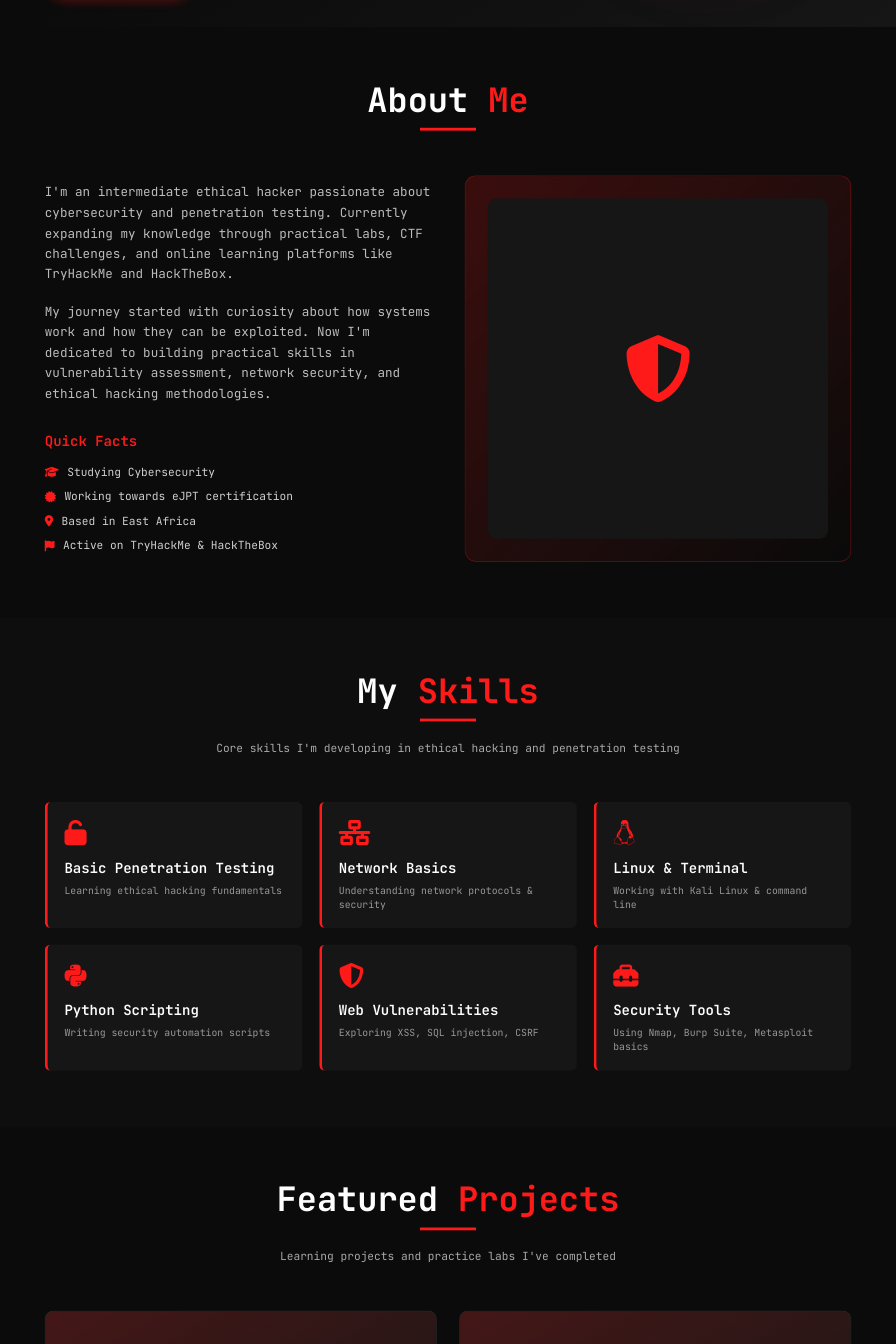
Repository: Eyub-Abdi/portfolio
Page: /
The author's editor kept a copy of each file at every save. The page is drawn from the files as they stood at one save, then again after the next save.
The browser window is 1280 px wide. The pictures show the part of the page from y = 682 to 2602 px (the page is 4967 px tall before and 5060 px after), at 70% of full size.
The project was rebuilt for these pictures with package versions that can differ from the ones it lists, and the page was loaded fresh each time. Also part of the build but not shown: vite.config.ts.

Above is the page before, as saved 2025-12-02 11:48:27.

After the next save:
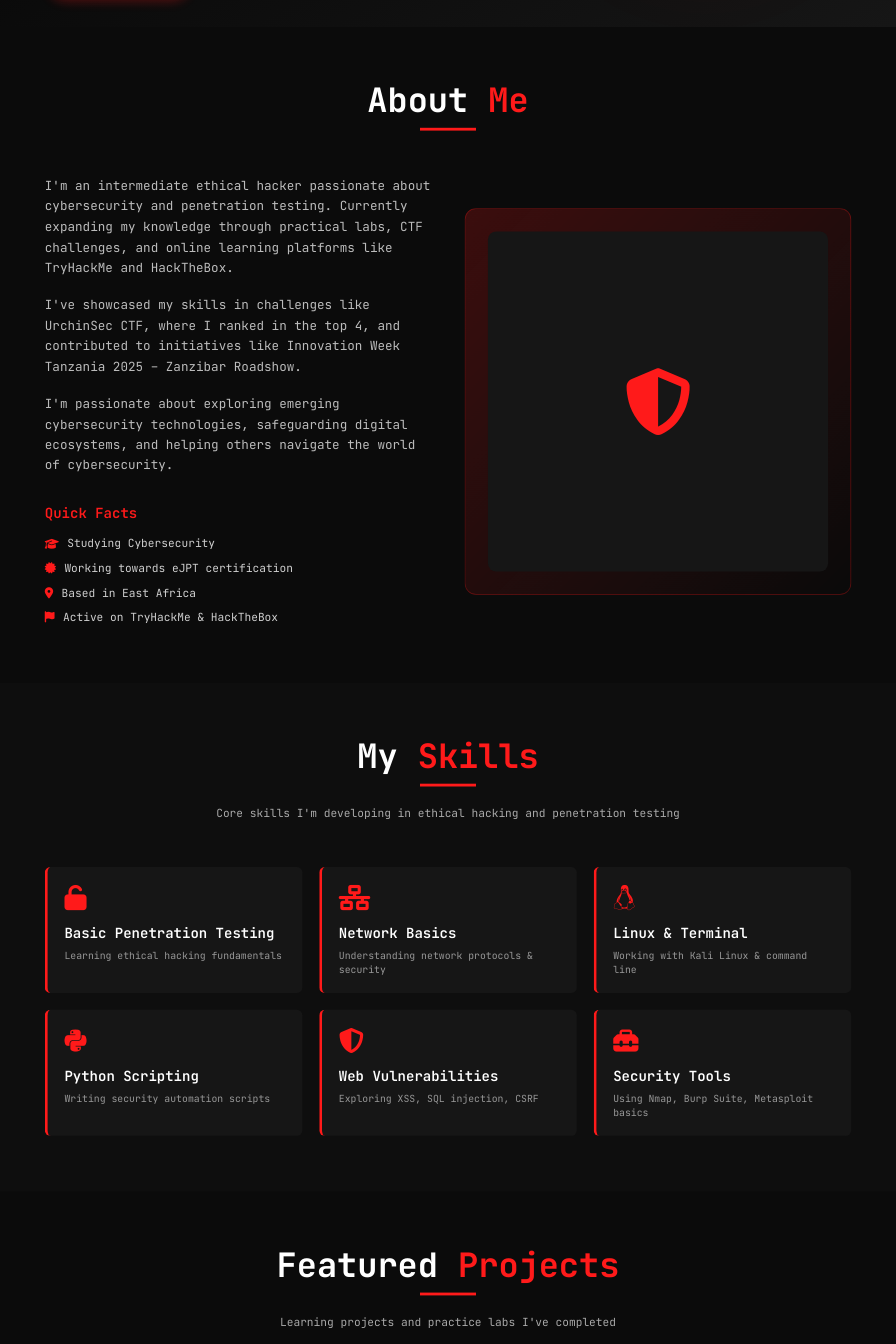
Saved 8 min 0 s later.
--- a/src/App.tsx
+++ b/src/App.tsx
@@ -231,7 +231,9 @@ function App() {
             <div className="space-y-6">
               <p className="text-lg text-gray-text/90 leading-relaxed">I'm an intermediate ethical hacker passionate about cybersecurity and penetration testing. Currently expanding my knowledge through practical labs, CTF challenges, and online learning platforms like TryHackMe and HackTheBox.</p>
 
-              <p className="text-lg text-gray-text/90 leading-relaxed">My journey started with curiosity about how systems work and how they can be exploited. Now I'm dedicated to building practical skills in vulnerability assessment, network security, and ethical hacking methodologies.</p>
+              <p className="text-lg text-gray-text/90 leading-relaxed">I've showcased my skills in challenges like UrchinSec CTF, where I ranked in the top 4, and contributed to initiatives like Innovation Week Tanzania 2025 – Zanzibar Roadshow.</p>
+
+              <p className="text-lg text-gray-text/90 leading-relaxed">I'm passionate about exploring emerging cybersecurity technologies, safeguarding digital ecosystems, and helping others navigate the world of cybersecurity.</p>
 
               <div className="pt-4">
                 <h3 className="text-xl font-semibold text-red-terminal mb-4">Quick Facts</h3>
